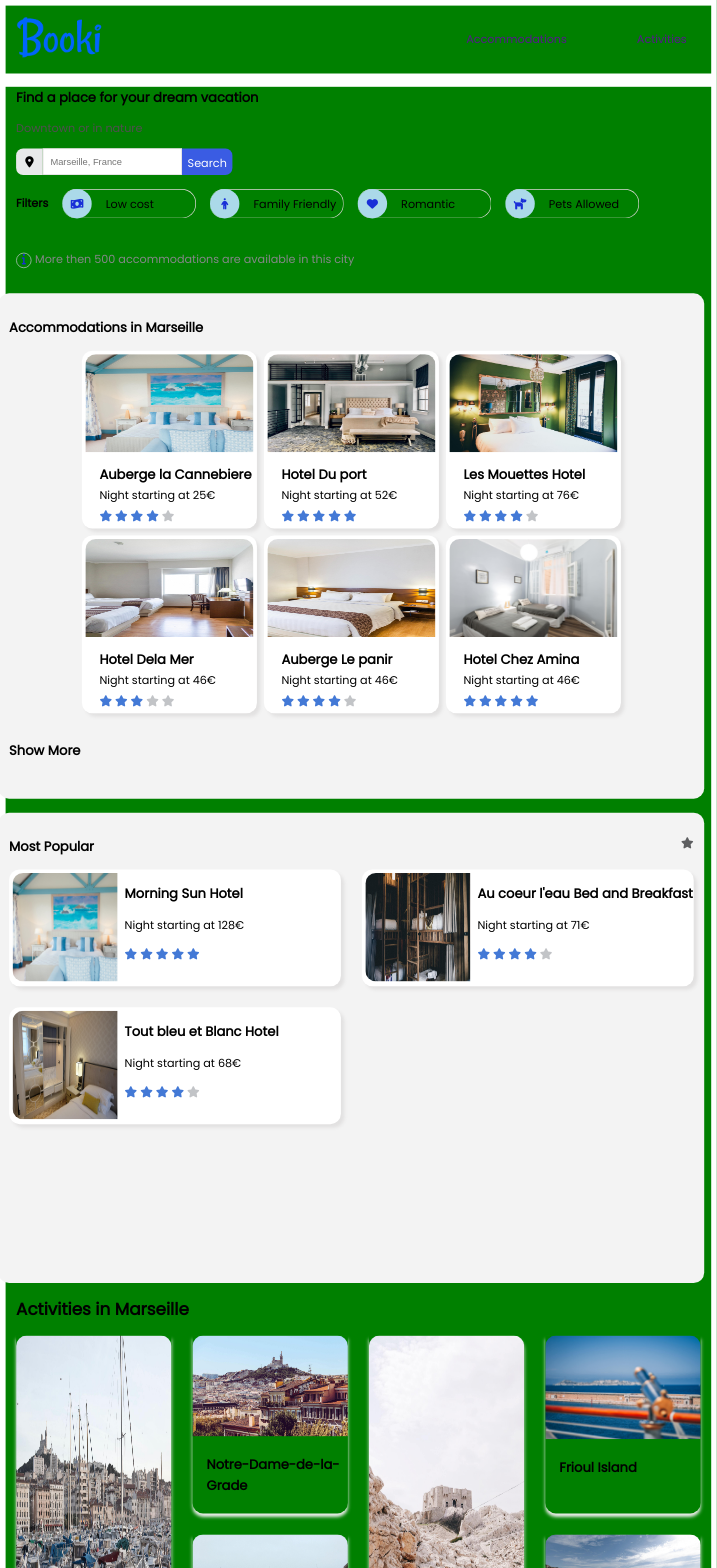
Repository: ailahin/booki
Page: index.html
An editor plug-in stored every save of this project. The page is shown before and after the next save, followed by the edit.
The browser window is 1024 px wide. The pictures show the part of the page from y = 0 to 2240 px (the page is 2764 px tall), at 70% of full size.
Some web fonts or font styles are not loaded; a fallback is used. Some web libraries are served in a nearby version.

Above is the page before, as saved 2023-07-19 04:39:39.

After the next save:
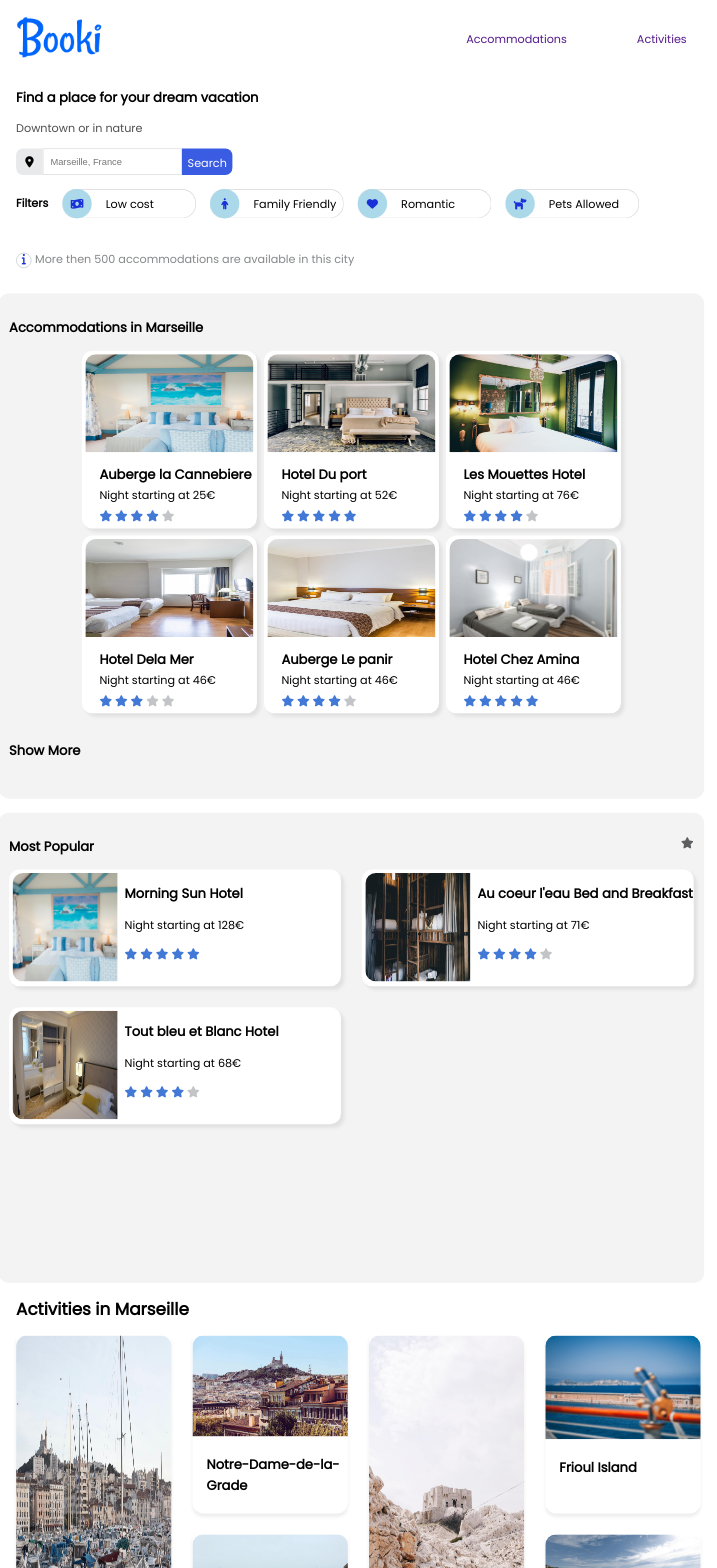
Saved 31 s later.
--- a/css/index.css
+++ b/css/index.css
@@ -414,7 +414,7 @@ margin-bottom: 5px;
 
   /* Small devices (portrait tablets and large phones, 600px and up) */
   @media only screen and (min-width: 769px) and ( max-width: 1200px) {
-    .body {background: green;}
+    /* .body {background: green;} */
 
     .accomodations-details{
         display: flex;
